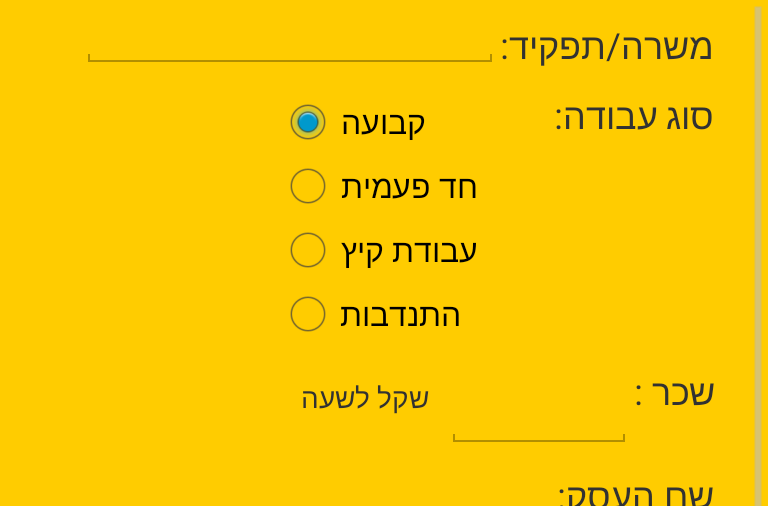
Repository: rodi055/jobli
Layout: Jobli/res/layout/fragment_create_job.xml
An editor plug-in stored every save of this project. The layout is shown before and after the next save, followed by the edit.
The pictures show rows 0 to 506 of an output 1280 px tall.
Pictures or frames that could not be fetched are drawn as grey boxes. It is drawn on a 768 x 1280 px phone screen (xhdpi) without system bars, with theme AppTheme; the app's code is not run. The app's manifest (not shown) leaves right-to-left support off. So textAlignment, textDirection and layoutDirection are ignored, and left and right values win over start and end ones.

Above is the layout before, as saved 2015-01-03 21:34:32.

After the next save:
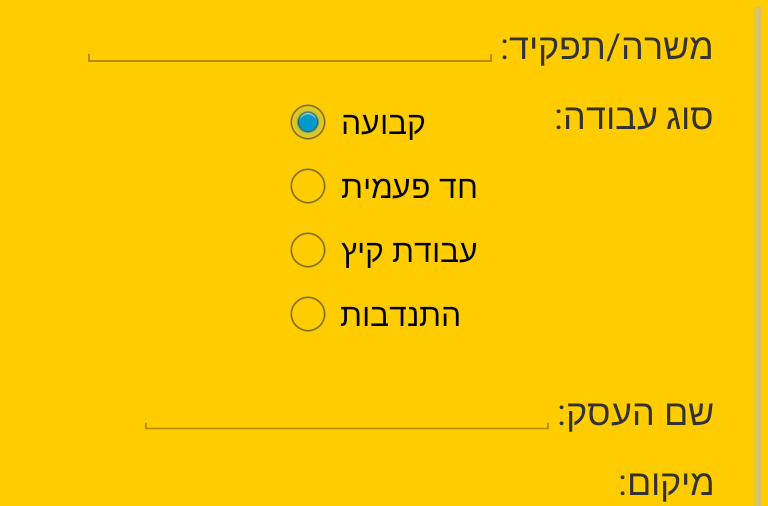
Saved 72 s later.
--- a/Jobli/res/layout/fragment_create_job.xml
+++ b/Jobli/res/layout/fragment_create_job.xml
@@ -112,7 +112,7 @@
                     android:layout_height="wrap_content"
                     android:layout_alignParentEnd="true"
                     android:layout_alignParentRight="true"
-                    android:layout_alignParentTop="true"
+                    android:layout_alignBottom="@+id/editText8"
                     android:layout_marginEnd="20dp"
                     android:layout_marginRight="20dp"
                     android:text="שכר :"

After the save that followed:
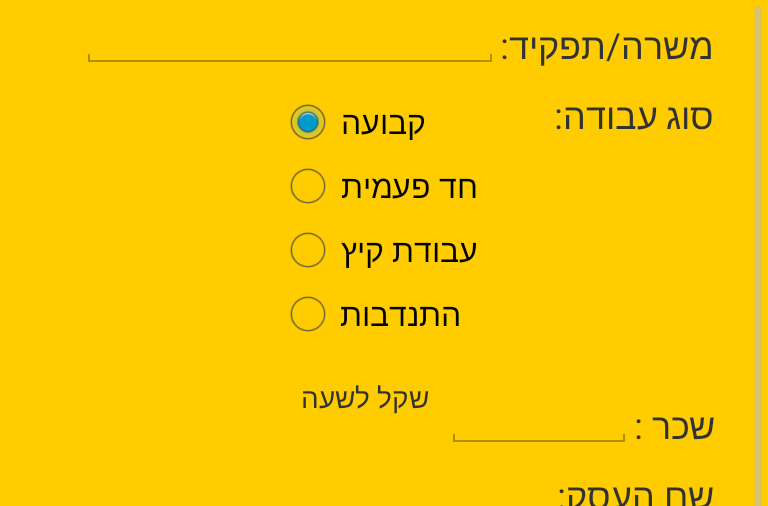
Saved 49 s later.
--- a/Jobli/res/layout/fragment_create_job.xml
+++ b/Jobli/res/layout/fragment_create_job.xml
@@ -112,7 +112,7 @@
                     android:layout_height="wrap_content"
                     android:layout_alignParentEnd="true"
                     android:layout_alignParentRight="true"
-                    android:layout_alignBottom="@+id/editText8"
+                    android:layout_alignParentBottom="true"
                     android:layout_marginEnd="20dp"
                     android:layout_marginRight="20dp"
                     android:text="שכר :"
